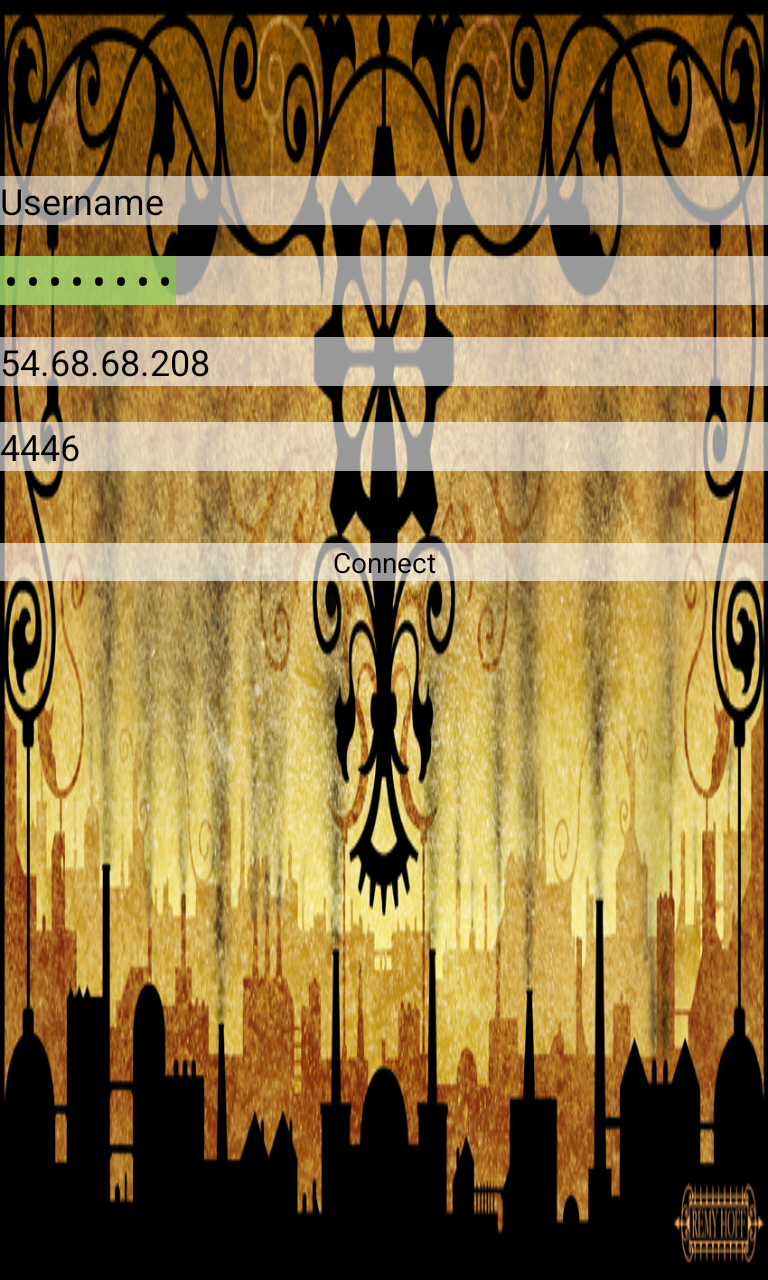
Repository: jkrepps/CSCE-482
Layout: Mobile Client (eclipse)/Industry of Deciet/res/layout/mains.xml
An editor plug-in stored every save of this project. The layout is shown before and after the next save, followed by the edit.
It is drawn on a 768 x 1280 px phone screen (xhdpi) without system bars, with theme AppTheme; the app's code is not run.

Above is the layout before, as saved 2014-12-03 10:38:37.

After the next save:
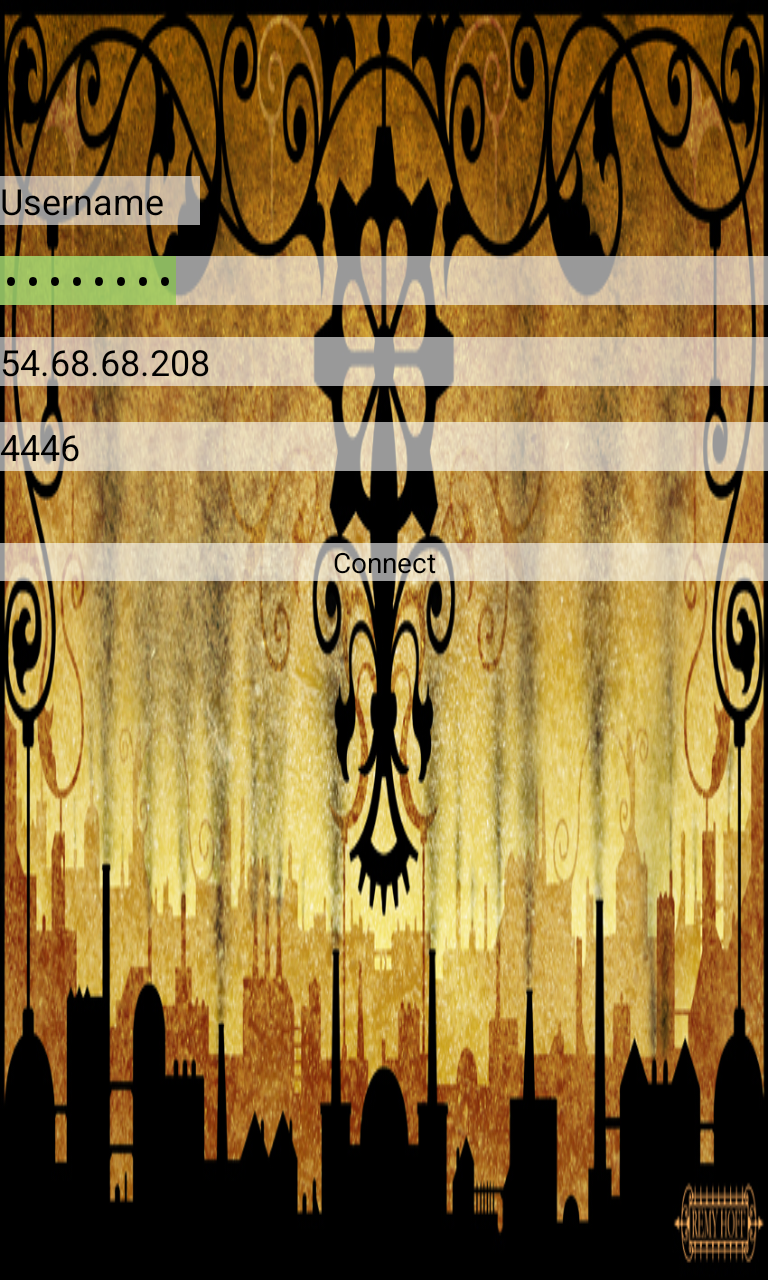
Saved 76 s later.
--- a/Mobile Client (eclipse)/Industry of Deciet/res/layout/mains.xml
+++ b/Mobile Client (eclipse)/Industry of Deciet/res/layout/mains.xml
@@ -79,7 +79,7 @@
         <EditText
             android:id="@+id/editText1"
             style="@drawable/roundededittext"
-            android:layout_width="match_parent"
+            android:layout_width="200px"
             android:layout_height="wrap_content"
             android:layout_alignBottom="@+id/editText2"
             android:layout_alignParentLeft="true"
